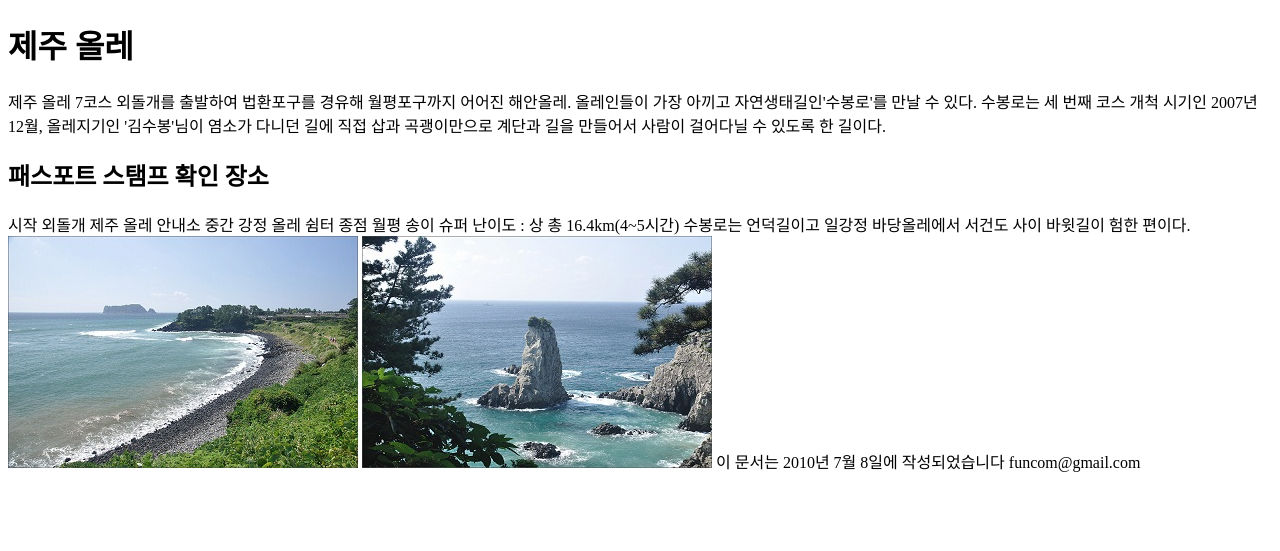
Repository: jinaa11/Kcc_Web
Page: Html/WebContent/sample2.html
The author's editor kept a copy of each file at every save. The page is drawn from the files as they stood at one save, then again after the next save.
The browser window is 1280 px wide. The pictures show the whole page.

Above is the page before, as saved 2024-07-08 07:09:12.

### Html/WebContent/sample2.html
<!DOCTYPE html>
<html>
<head>
<meta charset="UTF-8">
<title>Insert title here</title>
</head>
<body>
<header>
	<h1>제주 올레</h1>
	<p>
		제주 올레 7코스
  		외돌개를 출발하여 법환포구를 경유해 월평포구까지 어어진 해안올레.
  		올레인들이 가장 아끼고 자연생태길인'수봉로'를 만날 수 있다.
  		수봉로는 세 번째 코스 개척 시기인 2007년 12월, 올레지기인 '김수봉'님이 염소가 다니던 길에 직접 삽과 곡괭이만으로 계단과 길을 만들어서 사람이 걸어다닐 수 있도록 한 길이다.
	</p>
</header>

<section>
	<h2>패스포트 스탬프 확인 장소</h2>
</section>



 시작  외돌개 제주 올레 안내소
 중간  강정 올레 쉼터
 종점  월평 송이 슈퍼

<!-- 거리 태그 -->
  난이도 : 상 총 16.4km(4~5시간)
  수봉로는 언덕길이고 일강정 바당올레에서 서건도 사이 바윗길이 험한 편이다.


    <img src="images/road1.jpg">


    <img src="images/road2.jpg">


이 문서는 2010년 7월 8일에 작성되었습니다
<!-- 주소 태그 -->
funcom@gmail.com
</body>
</html>

After the next save:
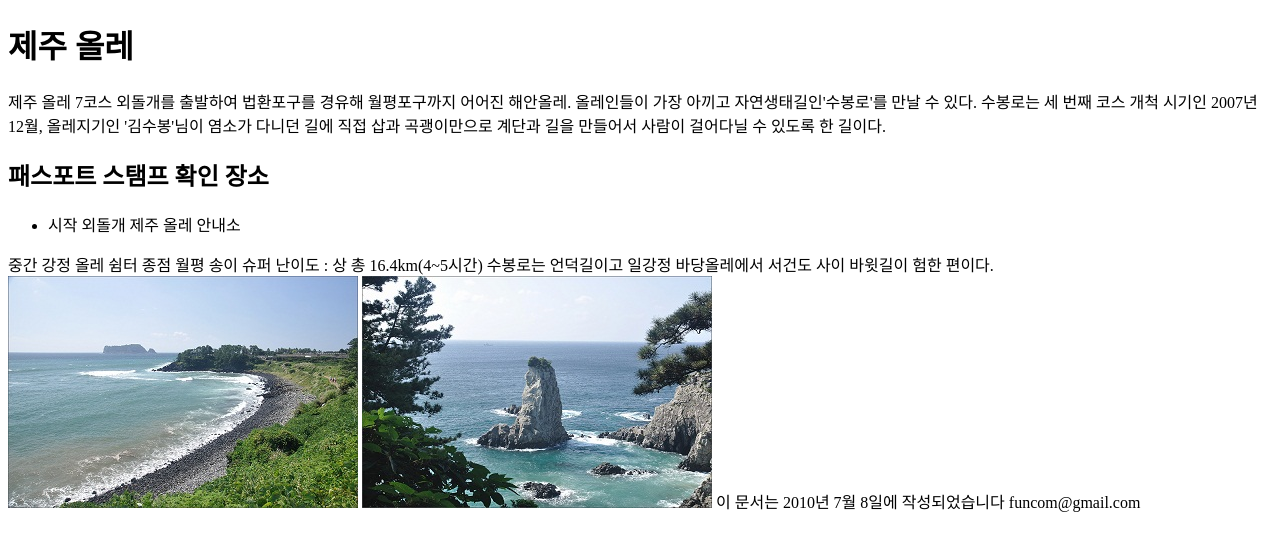
Saved 24 s later.
--- a/Html/WebContent/sample2.html
+++ b/Html/WebContent/sample2.html
@@ -17,11 +17,14 @@
 
 <section>
 	<h2>패스포트 스탬프 확인 장소</h2>
+	<ul>
+		<li>시작  외돌개 제주 올레 안내소</li>
+	</ul>
 </section>
 
 
 
- 시작  외돌개 제주 올레 안내소
+
  중간  강정 올레 쉼터
  종점  월평 송이 슈퍼
 
